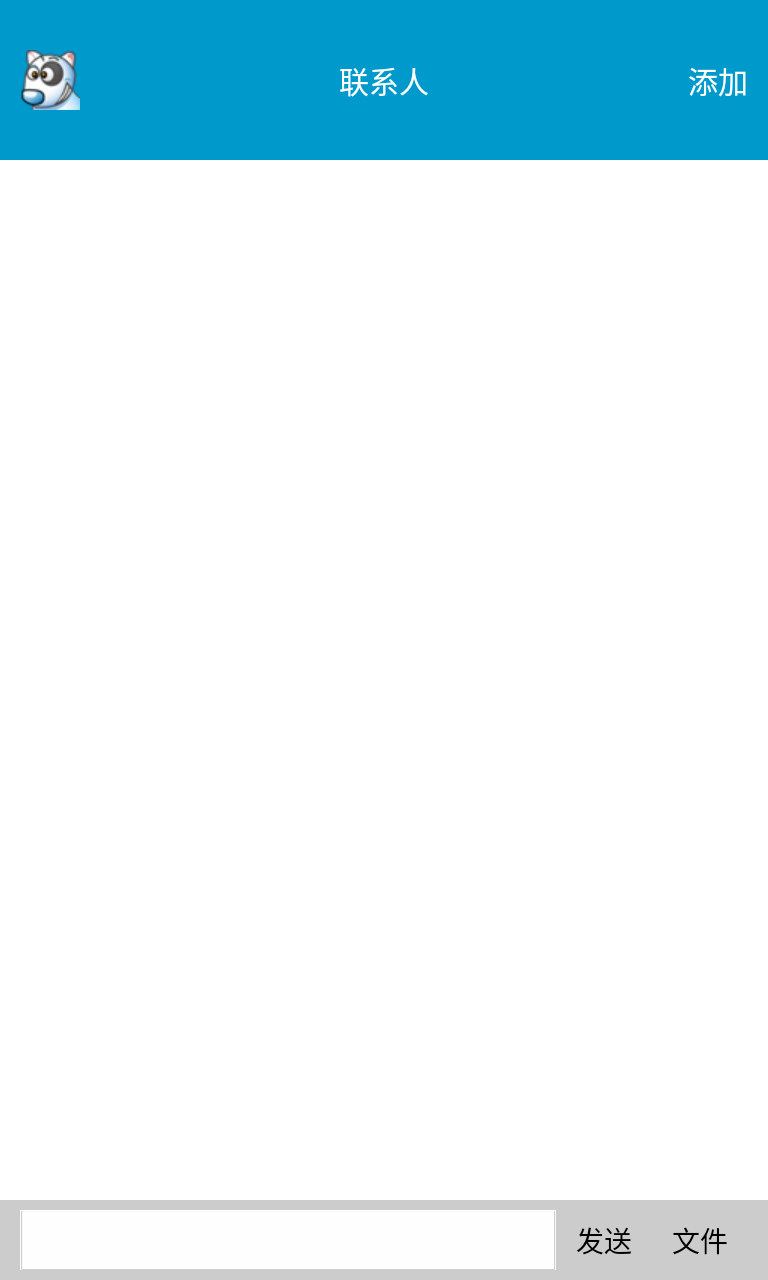
Repository: fanloveoupao/WecharTest
Layout: TestWechar/res/layout/interfce_char.xml
The author's editor kept a copy of each file at every save. The layout is drawn from the files as they stood at one save, then again after the next save.
It is drawn on a 768 x 1280 px phone screen (xhdpi) without system bars, with theme AppTheme; the app's code is not run. Lists and similar views that code fills are empty.

Above is the layout before, as saved 2015-10-09 08:12:51.

After the next save:
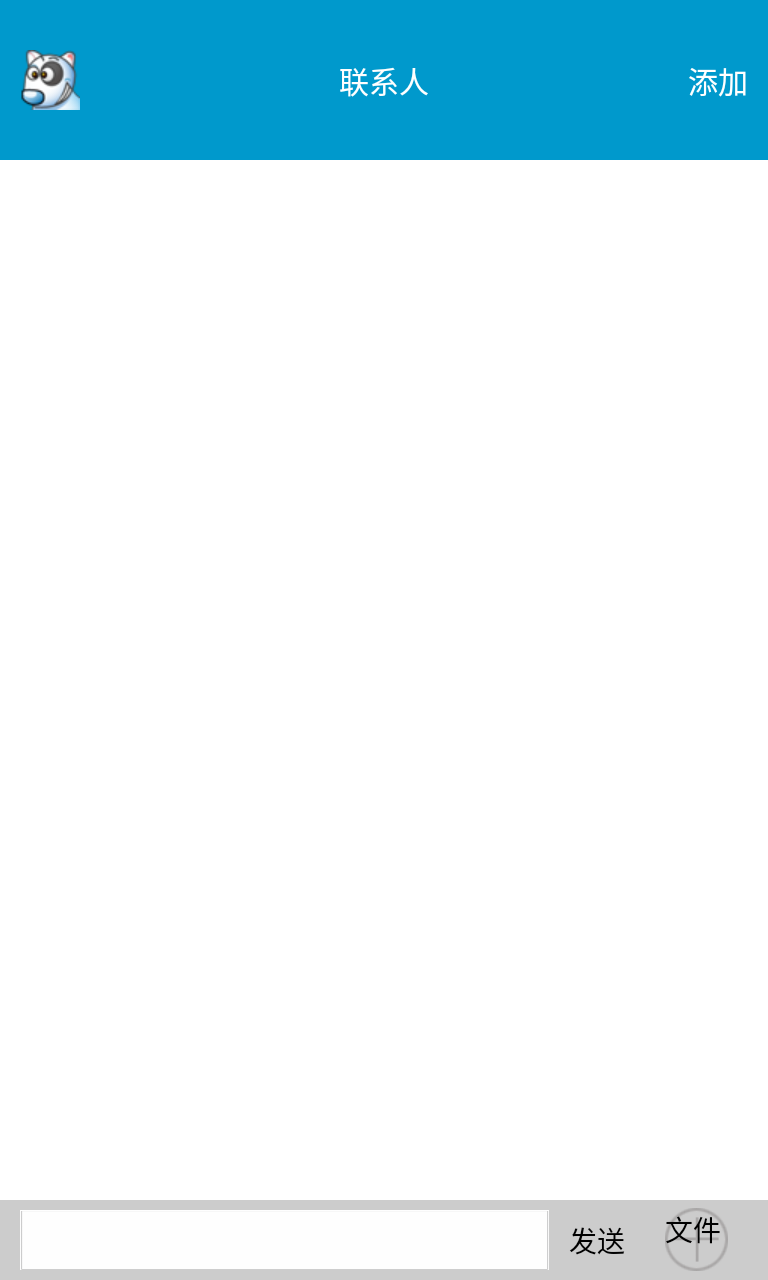
Saved 4 min 4 s later.
--- a/TestWechar/res/layout/interfce_char.xml
+++ b/TestWechar/res/layout/interfce_char.xml
@@ -58,6 +58,7 @@
             android:layout_width="wrap_content"
             android:layout_height="wrap_content"
             android:layout_marginRight="20dp"
+            android:background="@drawable/jia"
             android:text="文件"
             android:textColor="#000000" />
     </LinearLayout>
